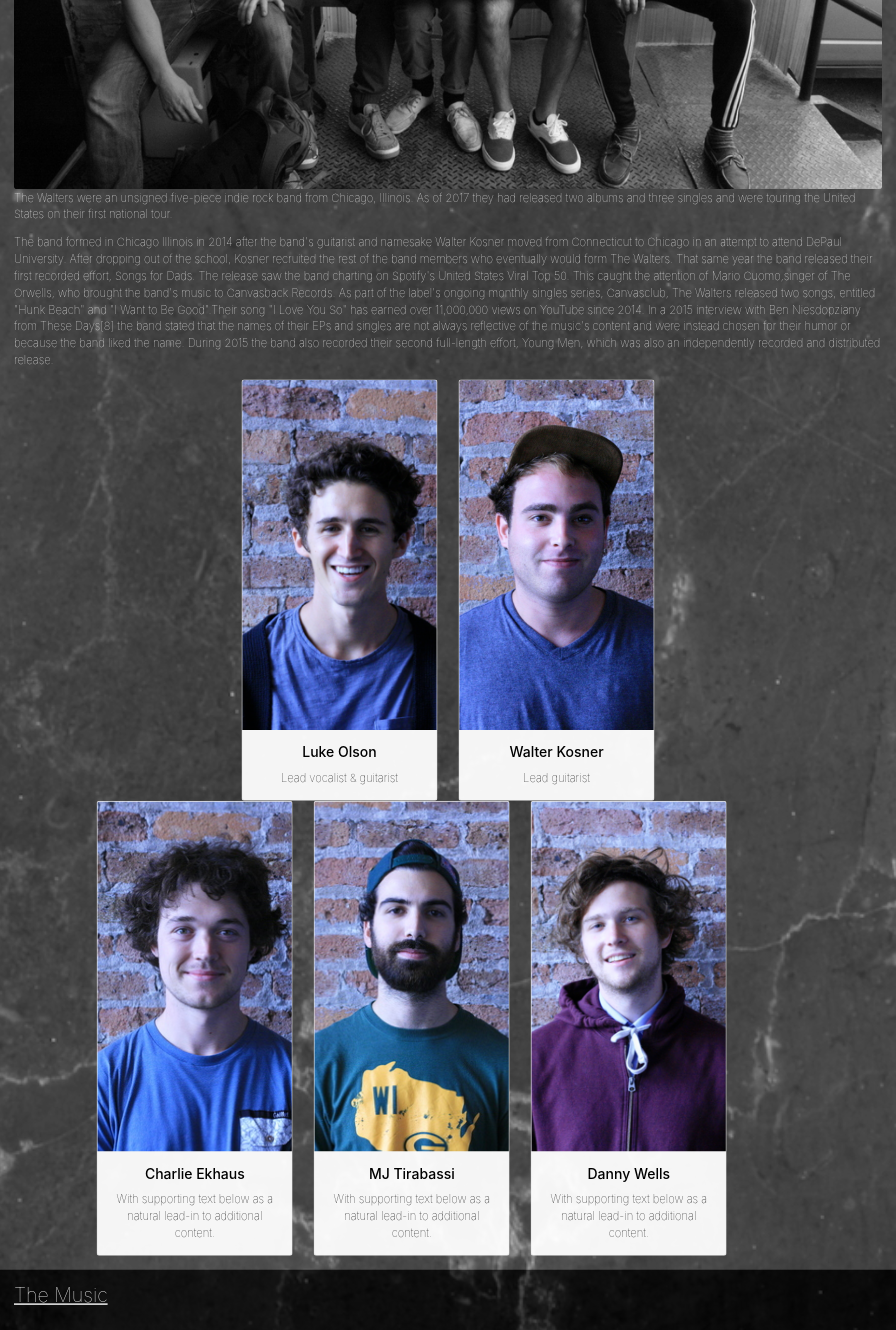
Repository: yucheng91/CIassignment1
Page: index.html
The author's editor kept a record of every edit. The page is drawn from the files as they stood at one moment, then again after the next edit.
The browser window is 1280 px wide. The pictures show the part of the page from y = 1500 to 3400 px (the page is 4669 px tall), at 70% of full size.
Pictures or frames that could not be fetched are drawn as grey boxes.

Above is the page before.

After the next edit:
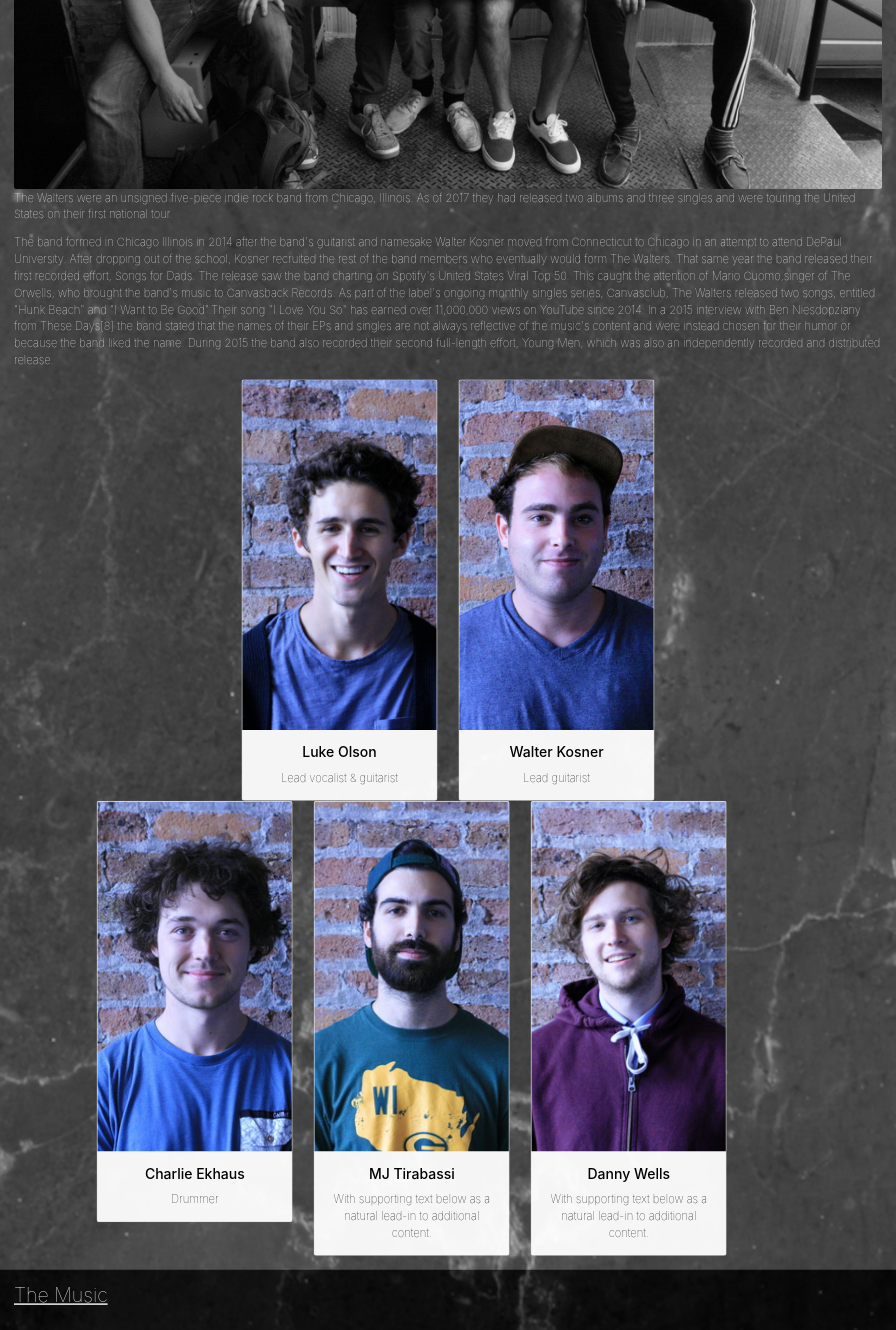
The edit:
--- a/index.html
+++ b/index.html
@@ -143,7 +143,7 @@
               <img class="card-img-top" src="images/CharlieEkhaus.jpeg" alt="Card image cap">
               <div class="card-body">
                 <h5 class="card-title">Charlie Ekhaus</h5>
-                <p class="card-text">With supporting text below as a natural lead-in to additional content.</p>
+                <p class="card-text">Drummer</p>
               </div>
             </div>
           </div>
